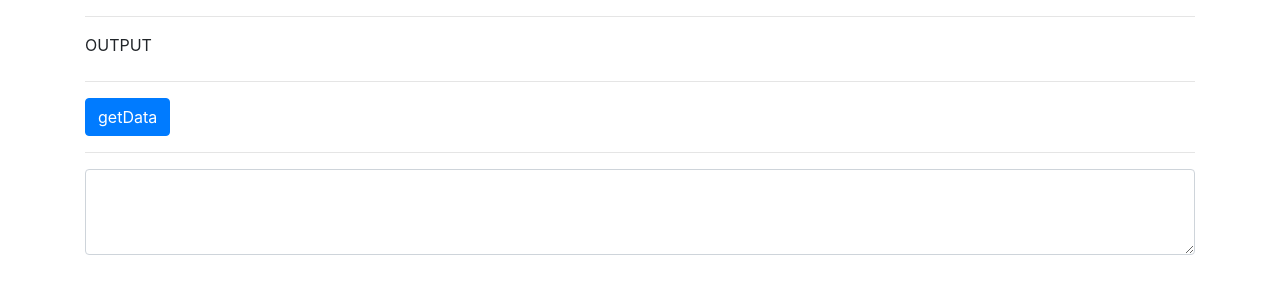
Repository: gisnetzEU/WeatherByHours
Page: index.html
The author's editor kept a copy of each file at every save. The page is drawn from the files as they stood at one save, then again after the next save.
The browser window is 1280 px wide. The pictures show the whole page.

Above is the page before, as saved 2020-04-28 11:38:03.

### index.html
<!doctype html>
<html lang="en">
  <head>
    <title>Title</title>
    <!-- Required meta tags -->
    <meta charset="utf-8">
    <meta name="viewport" content="width=device-width, initial-scale=1, shrink-to-fit=no">

    <!-- Bootstrap CSS -->
    <link rel="stylesheet" href="https://stackpath.bootstrapcdn.com/bootstrap/4.3.1/css/bootstrap.min.css" integrity="sha384-ggOyR0iXCbMQv3Xipma34MD+dH/1fQ784/j6cY/iJTQUOhcWr7x9JvoRxT2MZw1T" crossorigin="anonymous">
  </head>
  <body>
 <div class="container">
     <div class="row">
         <div class="col-sm-12">
             <hr>
             <div class="form-group">
                <label for="exampleFormControlTextarea1">OUTPUT</label><hr>
                <input type="button" class="btn btn-primary" value="getData">
                <hr>
                <textarea class="form-control" id="output" rows="3"></textarea>
                <div
              </div>
         </div>

     </div>
 </div>
    <!-- Optional JavaScript -->
    <script src="app.js"></script>
    <!-- jQuery first, then Popper.js, then Bootstrap JS -->
    <script src="https://code.jquery.com/jquery-3.3.1.slim.min.js" integrity="sha384-q8i/X+965DzO0rT7abK41JStQIAqVgRVzpbzo5smXKp4YfRvH+8abtTE1Pi6jizo" crossorigin="anonymous"></script>
    <script src="https://cdnjs.cloudflare.com/ajax/libs/popper.js/1.14.7/umd/popper.min.js" integrity="sha384-UO2eT0CpHqdSJQ6hJty5KVphtPhzWj9WO1clHTMGa3JDZwrnQq4sF86dIHNDz0W1" crossorigin="anonymous"></script>
    <script src="https://stackpath.bootstrapcdn.com/bootstrap/4.3.1/js/bootstrap.min.js" integrity="sha384-JjSmVgyd0p3pXB1rRibZUAYoIIy6OrQ6VrjIEaFf/nJGzIxFDsf4x0xIM+B07jRM" crossorigin="anonymous"></script>
  </body>
</html>

### app.js
const API_URL = "http://api.openweathermap.org/data/2.5/weather?q=Brussels&appid=f6211bc24c258c57f7a7fba887afdd17"
const output = document.querySelector('#output')
const button = document.querySelector('input')
console.log(button)
button.addEventListener('click', function (e) {
    fetch(API_URL)
        .then(response => response.json())
        .then(data => {
            console.log(data);
            //output.innerHTML = JSON.stringify(data);
            output.innerHTML = `
            <div class="card">
                    <img class="card-img-top" src="holder.js/100x180/" alt="">
                    <div class="card-body">
                        <img class="card-img-top" src="holder.js/100x180/" alt="">
                        <h4 class="card-title">${data.name}</h4>
                        <img src="http://openweathermap.org/img/wn/${data.weather[0].icon}@2x.png" id="productImg"  class="img-responsive" alt="" srcset="">
                        <p class="card-text">${data.weather[0].main} + ${data.description}</p>
                        <p class="card-text">${data.main.pressure}</p>
                        <p class="card-text">${data.main.humidity}</p>
                        <p class="card-text">${data.wind.speed}</p>


                    </div>

                  </div>
            `

        })

    e.preventDefault()
})


/* City name: jsonResponse.name
Describe of weather: jsonResponse.weather[0].main + description
Weather Icon = `http://openweathermap.org/img/wn/${jsonResponse.weather[0].icon}@2x.png`
Pressure = jsonResponse.main.pressure
Humidity= jsonResponse.main.humidity
Wind Speed = jsonResponse.wind.speed



WeatherByHours: https://api.openweathermap.org/data/2.5/forecast?q=Brussels&appid=f6211bc24c258c57f7a7fba887afdd17



let responseofWeatherHours =  data.list



9clock =  data.list[0]
12clcok = data.list[1]
15 = data.list[2] */

After the next save:
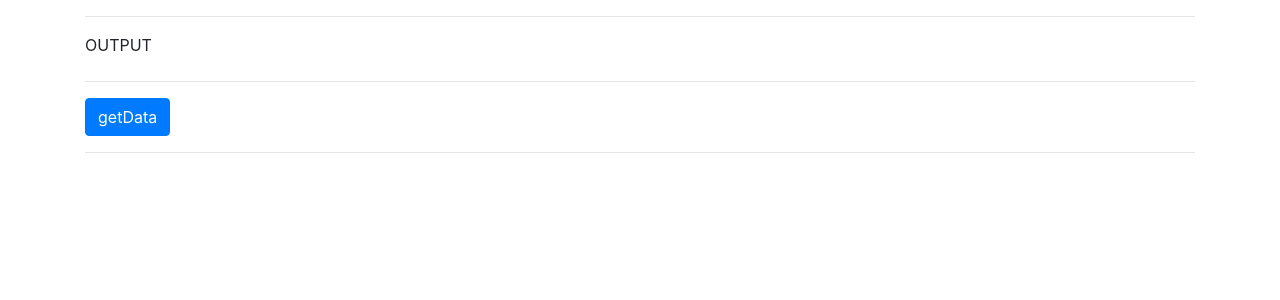
Saved 19 s later.
--- a/index.html
+++ b/index.html
@@ -18,8 +18,8 @@
                 <label for="exampleFormControlTextarea1">OUTPUT</label><hr>
                 <input type="button" class="btn btn-primary" value="getData">
                 <hr>
-                <textarea class="form-control" id="output" rows="3"></textarea>
-                <div
+
+                <div id="output"></div>
               </div>
          </div>
 
